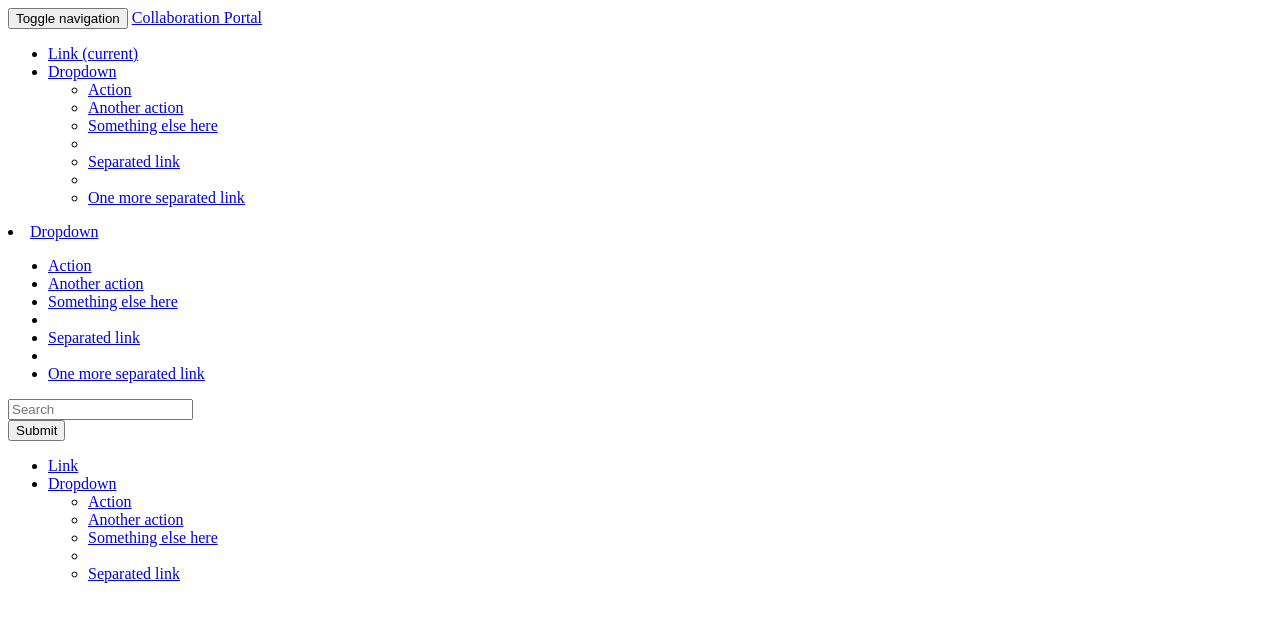
Repository: KaustubhKamat/CollaborationPlatform
Page: CollaborationFrontEnd/WebContent/NavBar.html
An editor plug-in stored every save of this project. The page is shown before and after the next save, followed by the edit.
The browser window is 1280 px wide. The pictures show the whole page.

Above is the page before, as saved 2017-03-01 14:00:31.

After the next save:
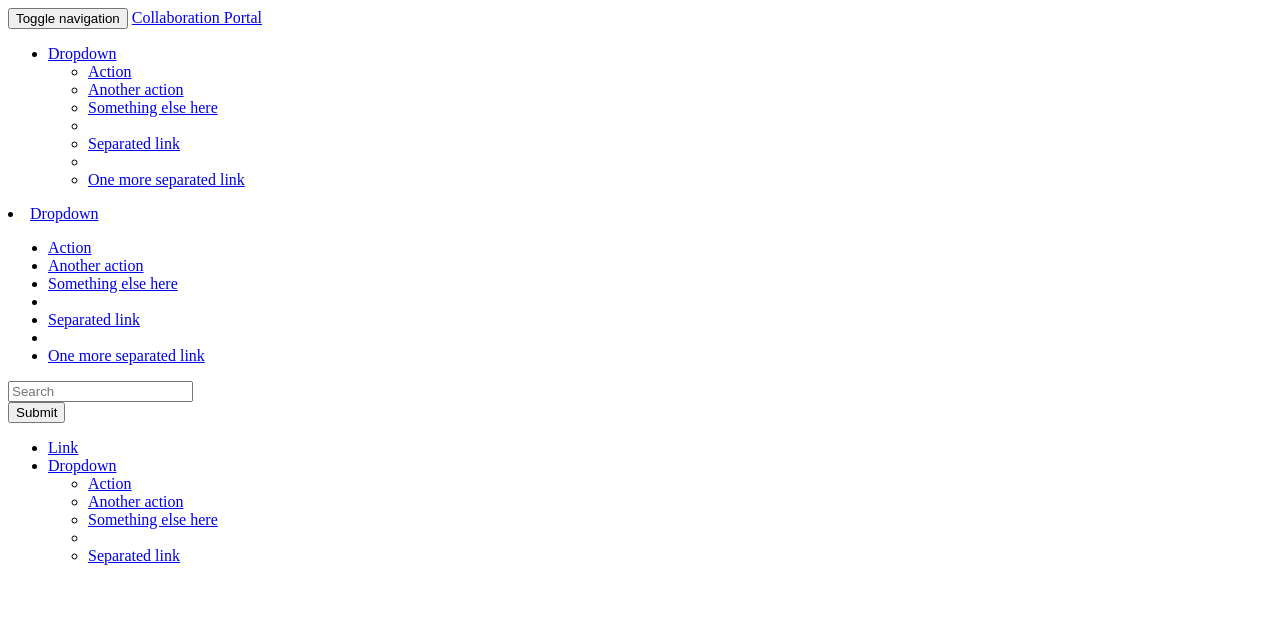
Saved 12 s later.
--- a/CollaborationFrontEnd/WebContent/NavBar.html
+++ b/CollaborationFrontEnd/WebContent/NavBar.html
@@ -16,7 +16,6 @@
 
     <div class="collapse navbar-collapse" id="bs-example-navbar-collapse-1">
       <ul class="nav navbar-nav">
-        <li class="active"><a href="#">Link <span class="sr-only">(current)</span></a></li>
         <li class="dropdown">
           <a href="#" class="dropdown-toggle" data-toggle="dropdown" role="button" aria-haspopup="true" aria-expanded="false">Dropdown <span class="caret"></span></a>
           <ul class="dropdown-menu">
